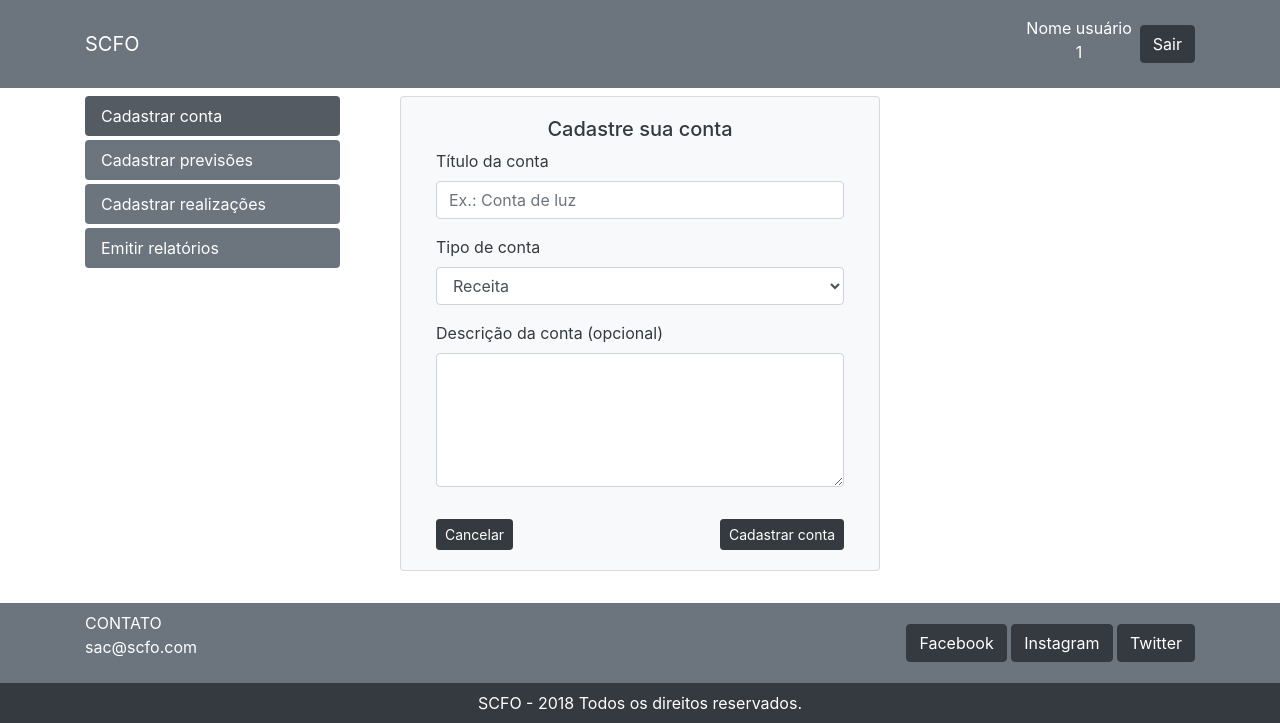
Repository: MaickSilva/scfoheroku
Page: http://localhost/cadastrarConta.php
The author's editor kept a record of every edit. The page is drawn from the files as they stood at one moment, then again after the next edit.
The browser window is 1280 px wide. The pictures show the whole page.
Some web libraries are served in a nearby version. The page is run by PHP 8.4 with error messages shown; the project is at /var/www/html/. The session is filled in as if someone had signed in: {"UsuarioLog": true, "cpf": 1, "senha": 1}.

Above is the page before.

After the next edit:
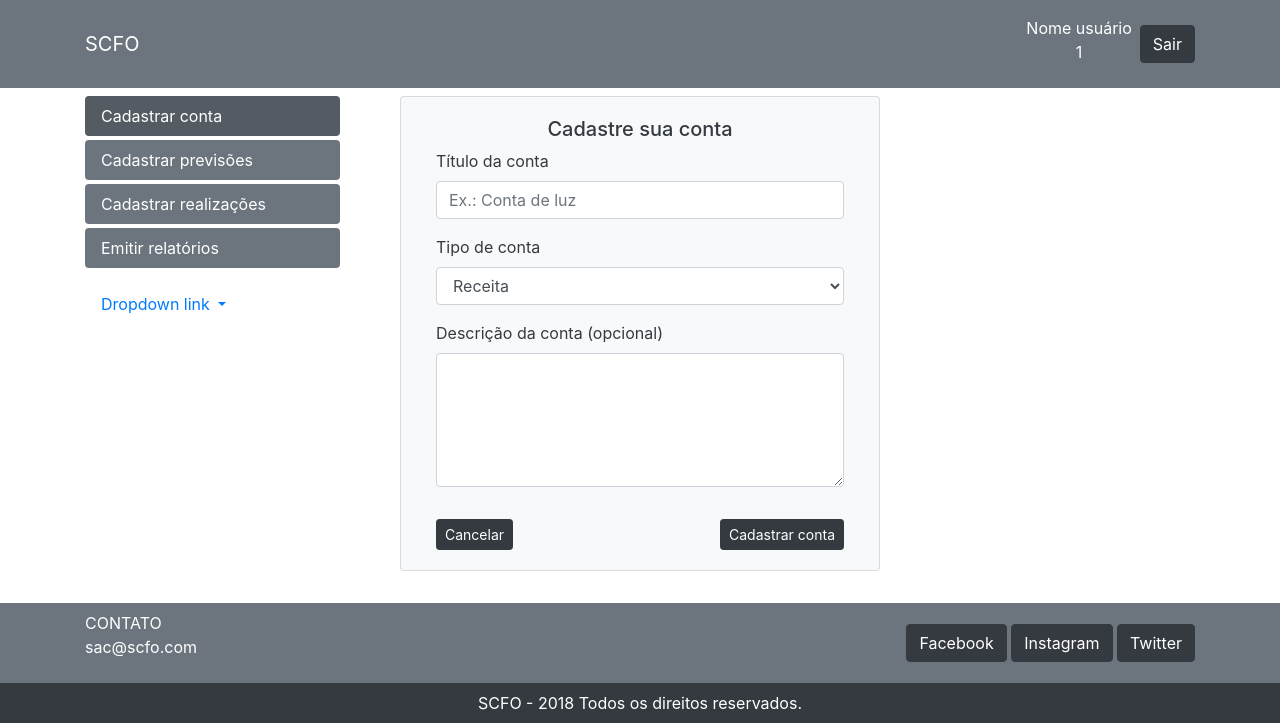
The edit:
--- a/workspace/cadastrarConta.php
+++ b/workspace/cadastrarConta.php
@@ -20,7 +20,18 @@
                     <a href="cadastrarConta.php" class="nav-link btn-secondary active" id="cadastroConta" role="tab" aria-controls="v-pills-contas" aria-selected="true">Cadastrar conta</a>
                     <a href="cadastrarPrevisao.php" class="nav-link btn-secondary mt-1" id="v-pills-profile-tab" href="#v-pills-profile" role="tab" aria-controls="v-pills-profile" aria-selected="false">Cadastrar previsões</a>
                     <a href="inserirValores.php" class="nav-link btn-secondary mt-1" id="inserirValores" role="tab" aria-controls="v-pills-valores" aria-selected="false">Cadastrar realizações</a>
-                    <a href="#" class="nav-link btn-secondary mt-1" id="v-pills-settings-tab" role="tab" aria-controls="v-pills-settings" aria-selected="false">Emitir relatórios</a>
+                    <a href="emitirRelatorio.php" class="nav-link btn-secondary mt-1" id="v-pills-settings-tab" role="tab" aria-controls="v-pills-settings" aria-selected="false">Emitir relatórios</a>
+                    <a class="nav-link dropdown">
+                        <a class="nav-link dropdown-toggle" href="http://example.com" id="navbarDropdownMenuLink" data-toggle="dropdown" aria-haspopup="true"
+                            aria-expanded="false">
+                        Dropdown link
+                        </a>
+                        <div class="dropdown-menu" aria-labelledby="navbarDropdownMenuLink">
+                            <a class="dropdown-item" href="#">Action</a>
+                            <a class="dropdown-item" href="#">Another action</a>
+                            <a class="dropdown-item" href="#">Something else here</a>
+                        </div>
+                    </li>
                 </div>
             </div>
             <div class="col-12 col-sm-12 col-md-8 col-lg-6">
